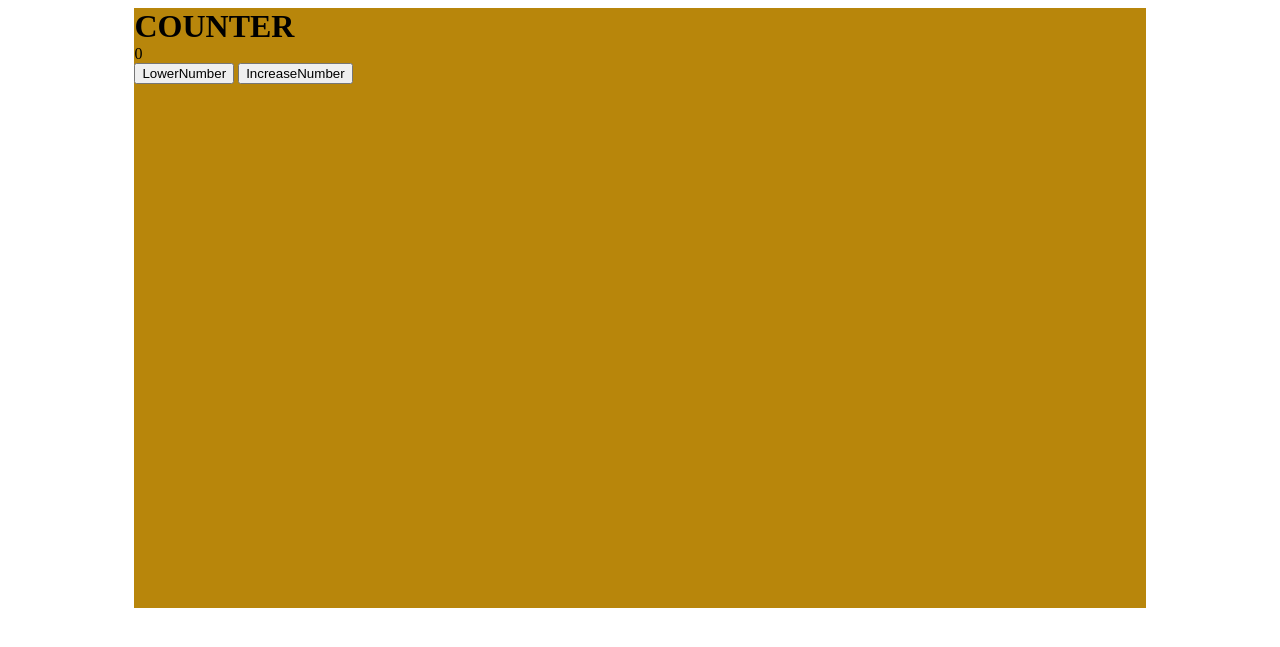
Repository: Sgalstyan06/counterNum
Page: index.html
The author's editor kept a copy of each file at every save. The page is drawn from the files as they stood at one save, then again after a run of saves.
The browser window is 1280 px wide. The pictures show the whole page.

Above is the page before, as saved 2022-02-14 16:47:03.

After the next 2 saves:
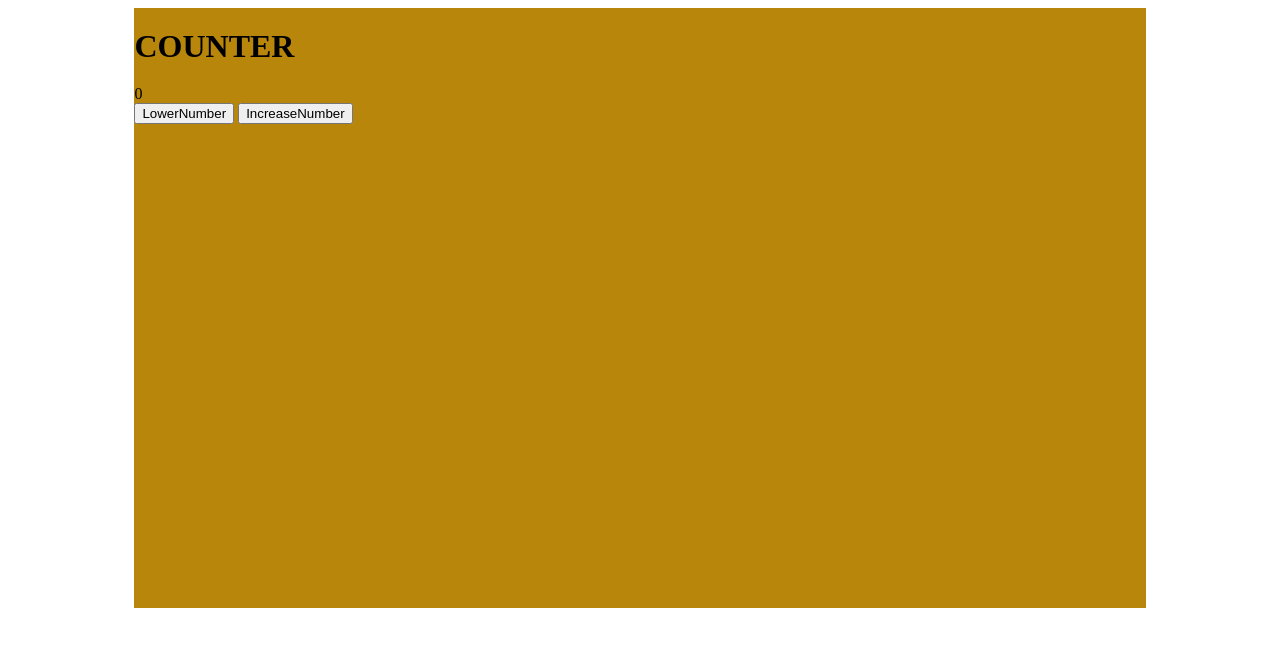
The 2 saves are shown as one change because they came seconds apart.
The last was saved 27 s later.
--- a/style.css
+++ b/style.css
@@ -8,5 +8,5 @@
 }
 h1{
     width: 100%;
-    margin: 0 auto;
+    margin: 20px auto;
 }
